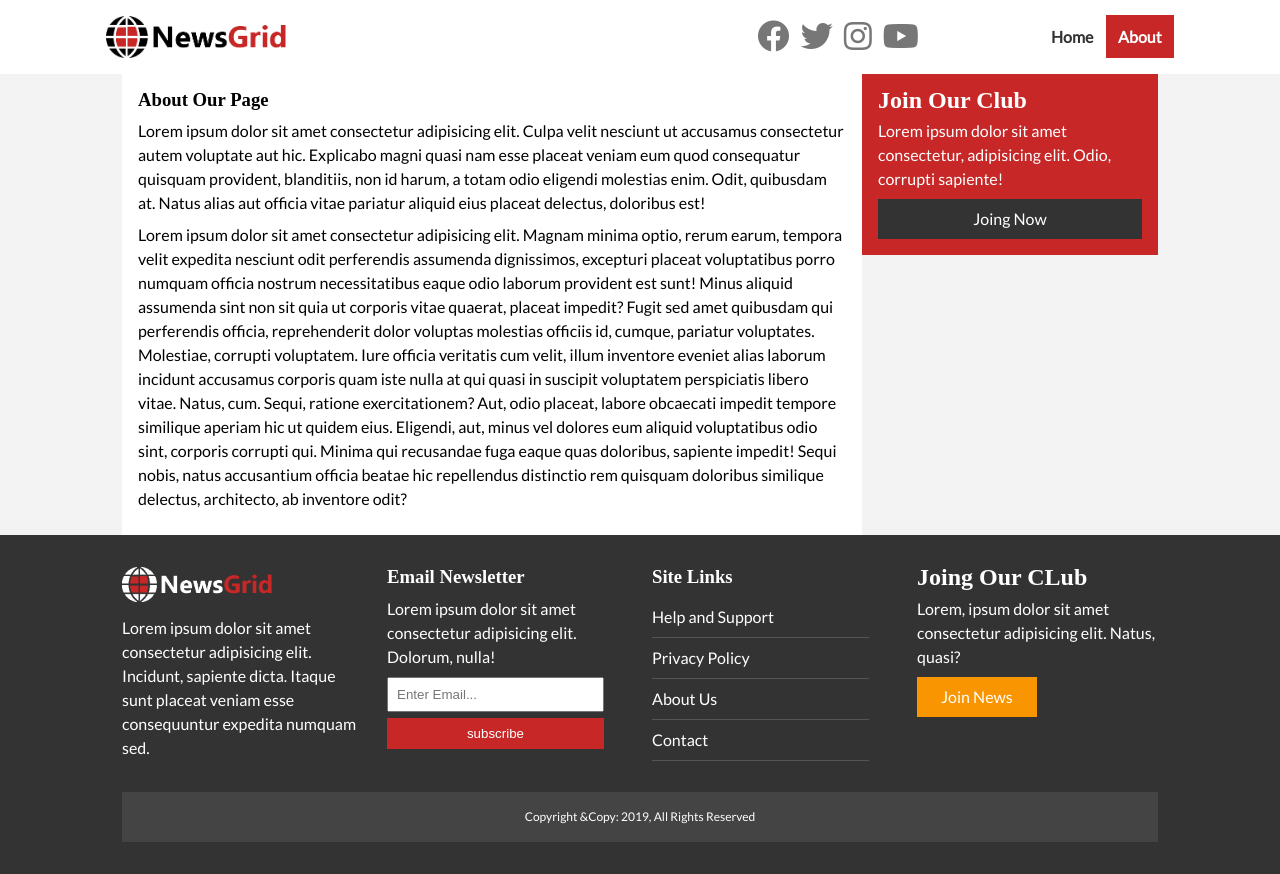
Repository: EswinGiova/NewsGrid
Page: about.html
These files come from the project's save history. The page is drawn as it stood at one moment and after the next save; the edit follows.
The browser window is 1280 px wide. The pictures show the whole page.
Some web libraries are served in a nearby version.

Above is the page before, as saved 2020-09-20 19:27:32.

After the next save:
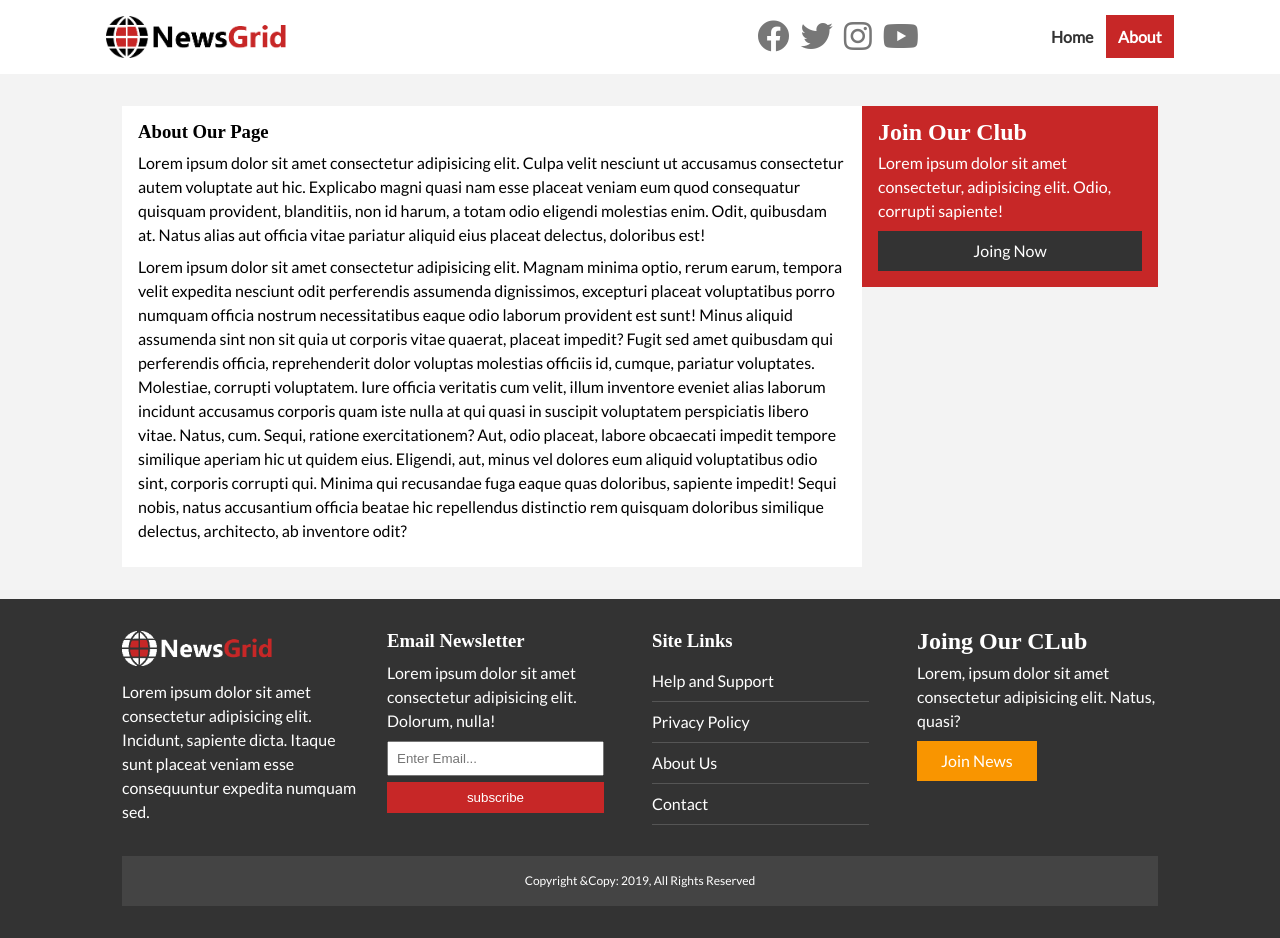
Saved 22 s later.
--- a/css/style.css
+++ b/css/style.css
@@ -175,6 +175,7 @@ h6 {
 .page-container {
   display: grid;
   grid-template-columns: 5fr 2fr;
+  margin: 2rem 0;
 }
 .page-container > *:first-child {
   grid-row: 1 / span 3;
